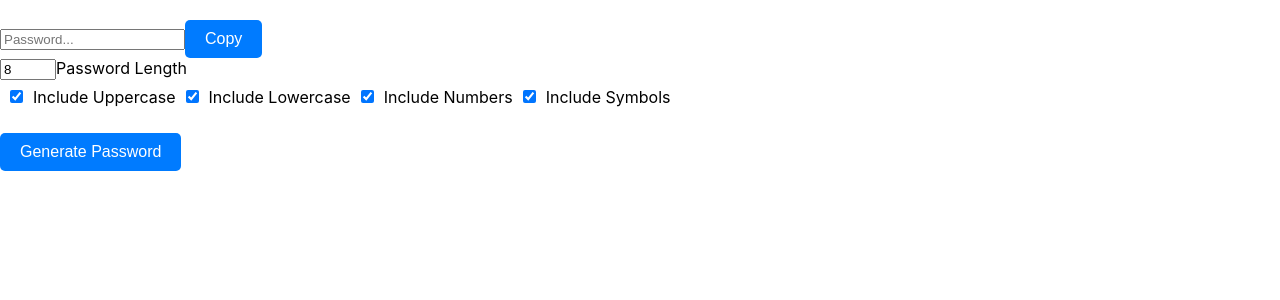
Repository: sriram1224/pass-generator
Page: /
An editor plug-in stored every save of this project. The page is shown before and after the next save, followed by the edit.
The browser window is 1280 px wide. The pictures show the whole page.
The project was rebuilt for these pictures with package versions that can differ from the ones it lists, and the page was loaded fresh each time.

Above is the page before, as saved 2024-03-21 19:59:20.

After the next save:
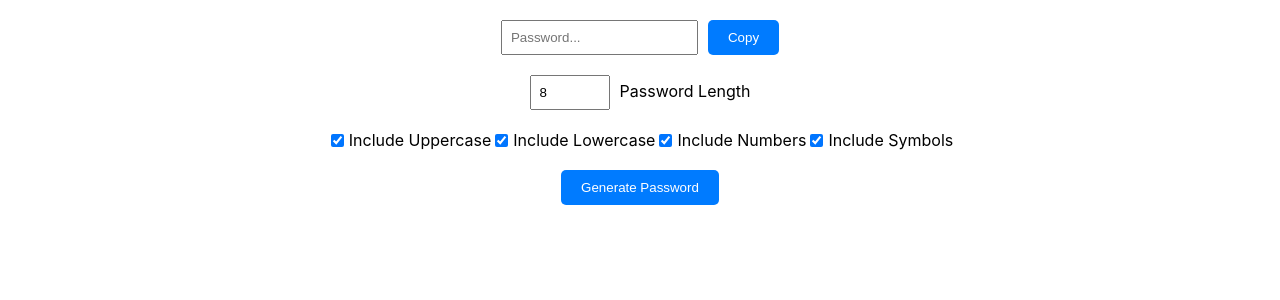
Saved 8 s later.
--- a/src/App.css
+++ b/src/App.css
@@ -1,34 +1,48 @@
-.App {
+.container {
   display: flex;
   flex-direction: column;
   align-items: center;
-  justify-content: center;
-  height: 100vh;
-  background-color: #f5f5f5;
-  font-family: Arial, sans-serif;
+  padding: 20px;
 }
 
-input[type="checkbox"] {
-  margin: 10px;
+.password-input {
+  margin-bottom: 20px;
+}
+
+.password-input input {
+  padding: 8px;
+  margin-right: 10px;
+}
+
+.length-input {
+  margin-bottom: 20px;
+}
+
+.length-input input {
+  padding: 8px;
+  width: 60px;
+  margin-right: 10px;
+}
+
+.checkboxes {
+  display: flex;
+  align-items: center;
+  margin-bottom: 20px;
+}
+
+.checkboxes input {
+  margin-right: 5px;
 }
 
 button {
-  margin-top: 20px;
   padding: 10px 20px;
-  font-size: 16px;
+  background-color: #007bff;
+  color: #fff;
   border: none;
-  background-color: #007BFF;
-  color: white;
+  border-radius: 5px;
   cursor: pointer;
-  border-radius: 5px;
 }
 
 button:hover {
   background-color: #0056b3;
 }
-
-p {
-  margin-top: 20px;
-  font-size: 20px;
-  color: #333;
-}
